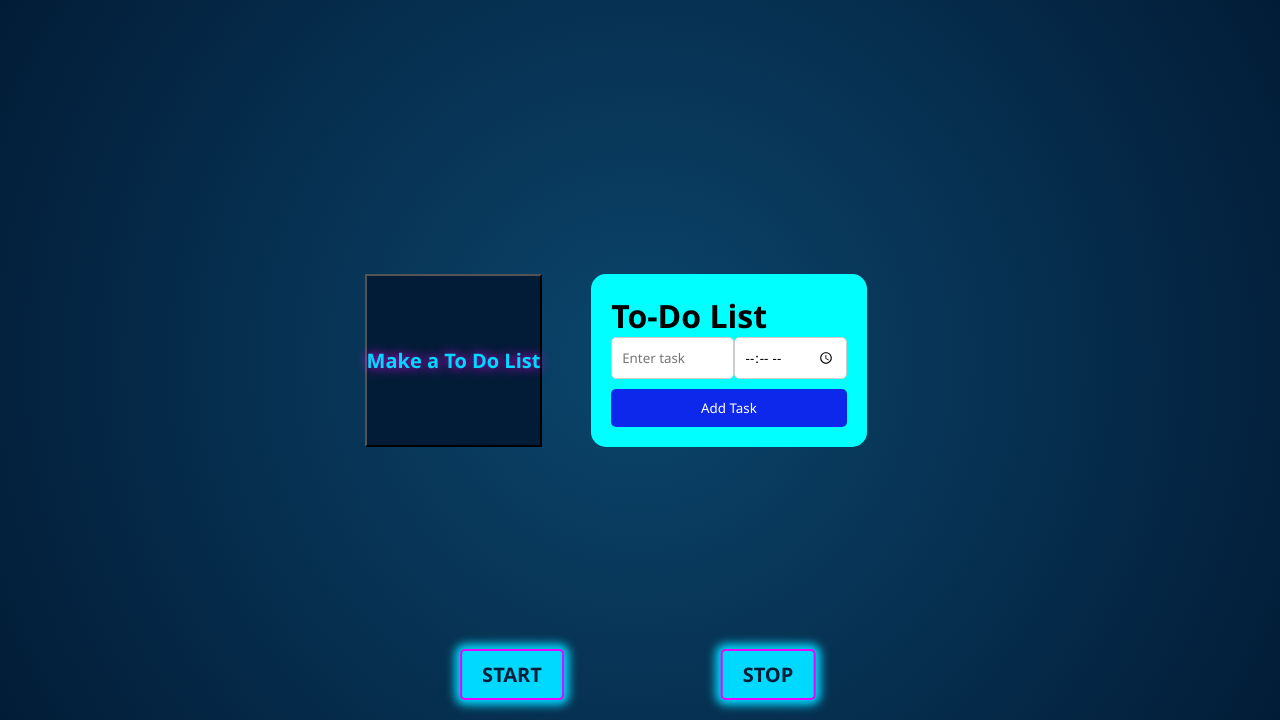
Repository: Suryansh-D/Cool-Clock
Page: index.html
An editor plug-in stored every save of this project. The page is shown before and after a run of saves, followed by the edit.
The browser window is 1280 px wide. The pictures show the whole page.
After loading, the first visible `#ToDobutton` was clicked once.

Above is the page before, as saved 2024-01-30 18:37:13.
Console error: ReferenceError: To is not defined

### index.html
<!DOCTYPE html>
<html>
<head>
    <title>Schedule Clock</title>
    <link rel="stylesheet" href="style.css">
</head>
<body>
    <div class="All">
    <div class="clock" id="clock">
        <div class="number" style="--n:1"><b>1 <p class="task">AM: Sleep<p class="task">PM:Class</p></p></b></div>
        <div class="number" style="--n:2"><b>2 <p class="task">AM: Sleep<p class="task">PM:Lunch</p></p></b></div>
        <div class="number" style="--n:3"><b>3 <p class="task">AM: Sleep<p class="task">PM:Class</p></p></b></div>
        <div class="number" style="--n:4"><b>4 <p class="task">AM: Sleep<p class="task">PM:Class</p></p></b></div>
        <div class="number" style="--n:5"><b>5 <p class="task">AM: Sleep<p class="task">PM:Class</p></p></b></div>
        <div class="number" style="--n:6"><b>6 <p class="task">AM: Wake Up<p class="task">PM:Departure</p></p></b></div>
        <div class="number" style="--n:7"><b>7 <p class="task">AM: Breakfast<p class="task">PM:Assignment</p></p></b></div>
        <div class="number" style="--n:8"><b>8 <p class="task">AM: College<p class="task">PM:Dinner</p></p></b></div>
        <div class="number" style="--n:9"><b>9 <p class="task">AM: Class<p class="task">PM:Assignment</p></p></b></div>
        <div class="number" style="--n:10"><b>10 <p class="task">AM: Class<p class="task">PM:Projects</p></p></b></div>
        <div class="number" style="--n:11"><b>11 <p class="task">AM: Class<p class="task">PM:Projects</p></p></b></div>
        <div class="number" style="--n:12"><b>12 <p class="task">AM: Class<p class="task">PM:Sleep</p></p></b></div>
        <div class="hour-hand" id="hour-hand"></div>
        <div class="minute-hand" id="minute-hand"></div>
        <div class="second-hand" id="second-hand"></div>
        <div class="center-dot"></div>
    </div>
    <button class="start-btn" id="start-btn"><b>START</b></button>
    <button class="stop-btn" id="stop-btn"><b>STOP</b></button>
    <button class="To-do" id="ToDobutton"><b>Make a To Do List</b></button>
    <div class="ToDoContainer" id="ToDoContainer">
        <h1>To-Do List</h1>
        <div class="entry">
        <input type="text" id="task-input" placeholder="Enter task" class="entertask">
        <input type="time" id="time-input" class="entertime"></div>
        <button onclick="addTask()" class="addtask">Add Task</button>
        <ul id="task-list">
        </ul>
        </div>
        </div>

      </div><script src="script.js"></script>
</body>
</html>

### style.css
*{
    margin: 0;
    padding: 0;
    box-sizing: border-box;
    font-family: 'Segoe UI', Tahoma, Geneva, Verdana, sans-serif;
}

body{
    display: flex;
    justify-content: center;
    align-items: center;
    height: 100vh;
    background: radial-gradient(circle,#0b456b, #021c37)
}
.clock{
    width: 500px;
    height: 500px;
    position: relative;
    background-color: lightgray;
    border-radius: 50%;
    display: flex;
    justify-content: center;
    align-items: center;
    background: radial-gradient(circle,#05263c , #000d1a);
}
.clock::before{
    content: "";
    position: absolute;
    width: 525px;
    height: 525px;
    border-radius: 50%;
    background:linear-gradient(to right, #00d9ff,#ee00ff);
    box-shadow: 0 0 0 15px 15px rgba(0,0,0,0.2);
    z-index: -1;

}
.number{
    transform: rotate(calc(30deg * var(--n)));
    position: absolute;
    text-align: center;
    inset: 20px;
    font-size: 40px;
    color:#00d9ff;
    text-shadow:0 0 12px #ee00ff;
}
.number b{
    transform: rotate(calc(-30deg * var(--n)));
    display: inline-block;
}

.center-dot{
    position: absolute;
    width: 25px;
    height: 25px;
    background-color: #ee00ff;
    border:6px solid #00d9ff;
    border-radius: 50%;
}

.hour-hand, .minute-hand, .second-hand{
    --rotate:0;
    position: absolute;
    left: 50%;
    bottom: 50%;
    transform: translate(-50%) rotate(calc(var(--rotate)*1deg));
    transform-origin: bottom;
    border-radius: 30px 30px 0 0;
}
.hour-hand{
   width:12px;
    height: 130px;
    background:linear-gradient(#00d9ff, #ee00ff );
}
.minute-hand{
    width:12px;
    height: 190px;
    background:linear-gradient(to top, #00d9ff, #ee00ff );
}
.second-hand{
    width: 6px;
    height: 210px;
    background:linear-gradient(to top, #00d9ff, #ee00ff );
}

.start-btn{
    position: absolute;
    bottom: 20px;
    left: 40%;
    transform: translateX(-50%);
    padding: 10px 20px;
    background-color: #00d9ff;
    border: 2px solid #ee00ff;
    border-radius: 5px;
    color: #021c37;
    font-size: 20px;
    font-weight: 500;
    cursor: pointer;
    transition: all 0.3s ease;
    box-shadow: 0 0 10px 5px #00d9ff;
}
.stop-btn{
    position: absolute;
    bottom: 20px;
    left: 60%;
    transform: translateX(-50%);
    padding: 10px 20px;
    background-color: #00d9ff;
    border: 2px solid #ee00ff;
    border-radius: 5px;
    color: #021c37;
    font-size: 20px;
    font-weight: 500;
    cursor: pointer;
    transition: all 0.3s ease;
    font-family:'Times New Roman', Times, serif;
    box-shadow: 0 0 10px 5px #00d9ff;
}
.task{
    font-size: 10px
}
.To-do{
    font-size: 20px;
    font-weight: 500;
    color: #00d9ff;
    text-shadow:0 0 12px #ee00ff;
    background-color: #021c37;

}

/* To do */

#task-list {
    list-style: none;
    padding: 0;
    margin: 0;
  }

  #task-list li {
    margin-bottom: 5px;
    padding: 10px;
    margin: 10px 0;
    background-color: #c742db;
    color: #fff;
    border-radius: 5px;
  }

  #task-list li button {
    float: right;
    background-color: transparent;
    border: none;
    cursor: pointer;
  }
  .ToDoContainer {
    width: 50%;
    max-width: 600px;
    margin: 0 auto;
    padding: 20px;
    background-color: aqua;
    border-radius: 15px;
  }
  .entertask{
    width: 100%;
    padding: 10px;
    border: 1px solid #ccc;
    border-radius: 5px;
    box-sizing: border-box;
    margin-bottom: 10px;
  }
  .entertime{
    width: 50%;
    padding: 10px;
    border: 1px solid #ccc;
    border-radius: 5px;
    box-sizing: border-box;
    margin-bottom: 10px;
  }
  .addtask{
    width: 100%;
    background-color: #0e28eb;
    color: #fff;
    padding: 10px;
    border: none;
    border-radius: 5px;
    cursor: pointer;
  }
  .entry{
    display: flex;
    justify-content: space-between;
  }
  .All{
    height: auto;
    width: auto;
    display: flex;
    justify-content: space-between;
  }

### script.js


const secondHand = document.getElementById('second-hand');
const minsHand = document.getElementById('minute-hand');
const hourHand = document.getElementById('hour-hand');
const startButton = document.getElementById('start-btn');
const stopButton = document.getElementById('stop-btn');
const ToDobutton = document.getElementById('ToDobutton');
const ToDoContainer = document.getElementById('ToDoContainer');
const Clock = document.getElementById('clock');


ToDoContainer.style.display = 'none';
ToDobutton.addEventListener('click', () => {
    ToDoContainer.style.display = 'block';
    Clock.style.display = 'none';
    To

});



startButton.addEventListener('mouseenter', () => {
    startButton.style.backgroundColor = 'lightgreen';
}
);
startButton.addEventListener('mouseleave', () => {
    startButton.style.backgroundColor = 'skyblue'

}
);
stopButton.addEventListener('mouseenter', () => {
    stopButton.style.backgroundColor = 'red';
}
);
stopButton.addEventListener('mouseleave', () => {
    stopButton.style.backgroundColor = 'skyblue';
}
);
startButton.addEventListener('click', () => {
    startButton.style.display = 'none';
    stopButton.style.display = 'inline-block';
    clockTick();
}
);

stopButton.addEventListener('click', () => {
    stopButton.style.display = 'none';
    startButton.style.display = 'inline-block';
}
);
function clockTick(){
    const date = new Date();
    const seconds = date.getSeconds()/60;
    const mins = (seconds + date.getMinutes())/60;
    const hours = (mins + date.getHours())/12;

    rotateClockHand(secondHand, seconds);
    rotateClockHand(minsHand, mins);
    rotateClockHand(hourHand, hours);
}

function rotateClockHand(element, rotation){
    element.style.setProperty('--rotate', rotation * 360);
}



let clockInterval;

function startClock() {
    clockInterval = setInterval(clockTick, 1000);
    console.log('start');
}

function stopClock() {
    clearInterval(clockInterval);
    console.log('stop');
}
startButton.addEventListener('click', startClock);
stopButton.addEventListener('click', stopClock);

// To Do

const taskInput = document.getElementById('task-input');
const timeInput = document.getElementById('time-input');
const taskList = document.getElementById('task-list');

function addTask() {
  const task = taskInput.value;
  const time = timeInput.value;

  if (task) {
    const listItem = document.createElement('li');
    listItem.textContent = task + ' - ' + time;
    const removeButton = document.createElement('button');
    removeButton.textContent = "Remove";
    removeButton.addEventListener('click', () => listItem.remove());
    listItem.appendChild(removeButton);
    taskList.appendChild(listItem);

    taskInput.value = '';
    timeInput.value = '';
  }
}

After the next 5 saves:
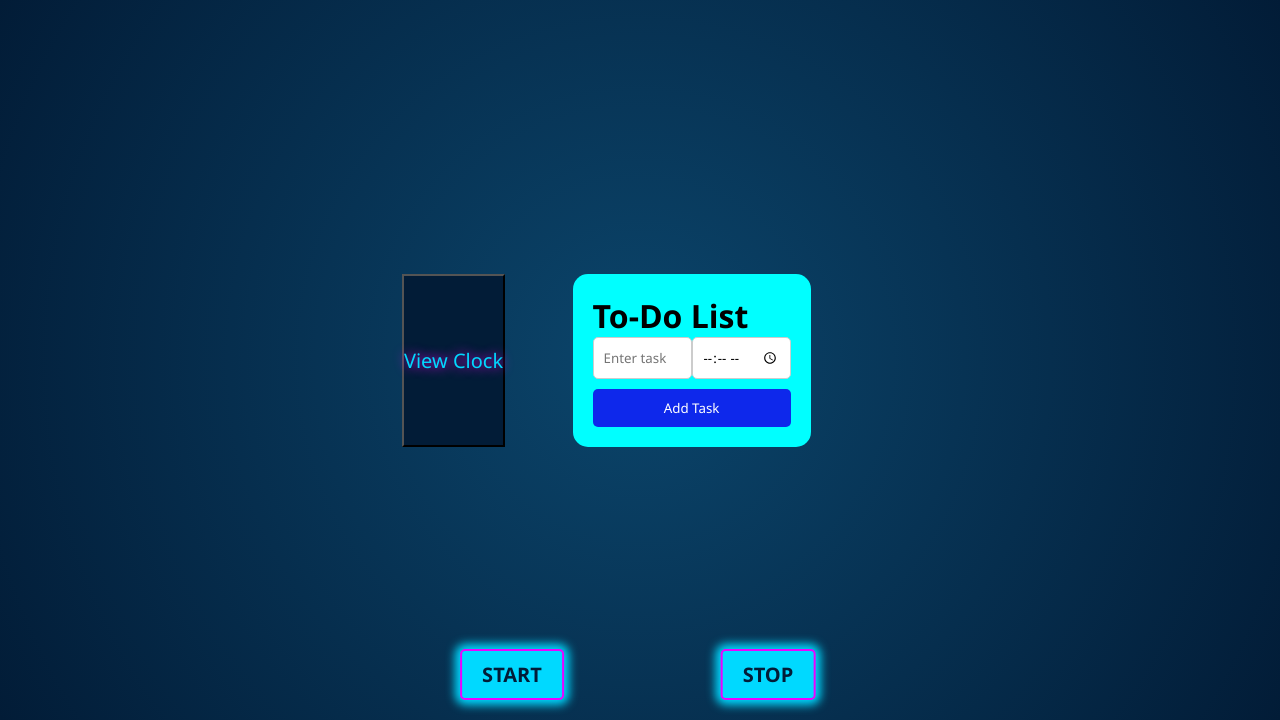
The error is gone.
The 5 saves are shown as one change because they came seconds apart.
The last was saved 12 s later.
--- a/script.js
+++ b/script.js
@@ -14,7 +14,7 @@ ToDoContainer.style.display = 'none';
 ToDobutton.addEventListener('click', () => {
     ToDoContainer.style.display = 'block';
     Clock.style.display = 'none';
-    To
+    ToDobutton.innerHTML = 'View Clock';
 
 });
 
